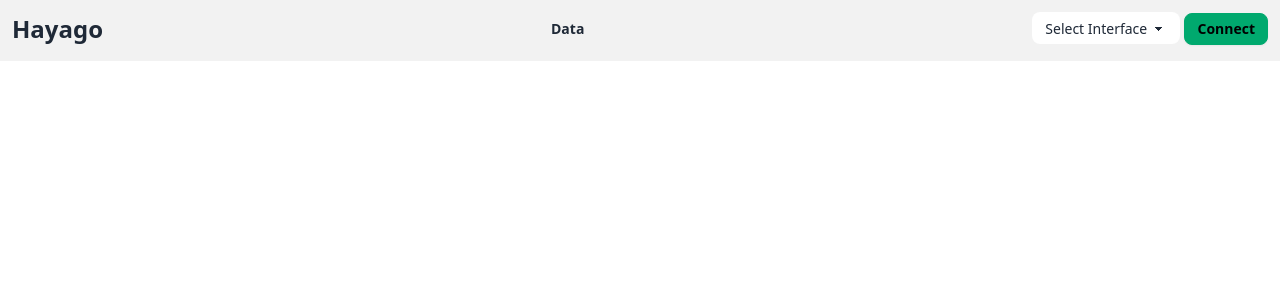
Repository: khulqu15/rov.commander
Page: http://localhost/planner/
These files come from the project's save history. The page is drawn as it stood at one moment and after the next save; the edit follows.
The browser window is 1280 px wide. The pictures show the whole page.
Some web libraries are served in a nearby version. The page is served by the project's application, run on Django 5.2 (manage.py).

Above is the page before, as saved 2025-02-06 21:04:27.

After the next save:
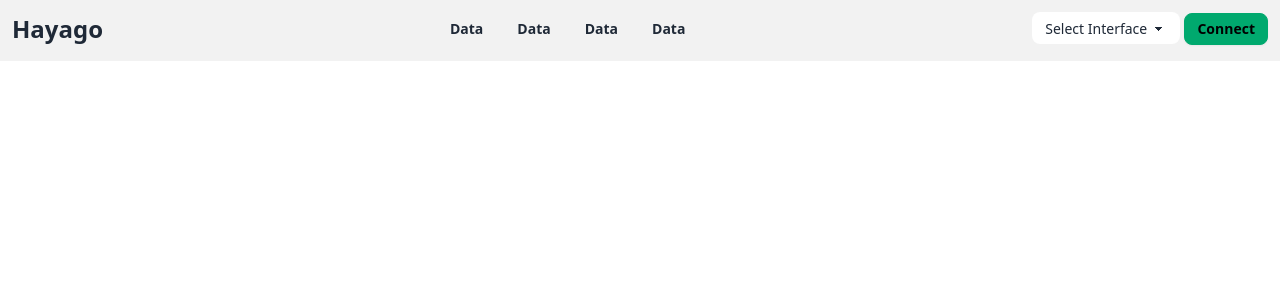
Saved 4 s later.
--- a/templates/index.html
+++ b/templates/index.html
@@ -13,6 +13,9 @@
             <h1 class="text-2xl font-bold">Hayago</h1>
         </div>
         <div class="lg:flex items-center justify-center gap-2">
+            <button type="submit" class="btn btn-ghost btn-sm">Data</button>
+            <button type="submit" class="btn btn-ghost btn-sm">Data</button>
+            <button type="submit" class="btn btn-ghost btn-sm">Data</button>
             <button type="submit" class="btn btn-ghost btn-sm">Data</button>
         </div>
         <form method="GET">
